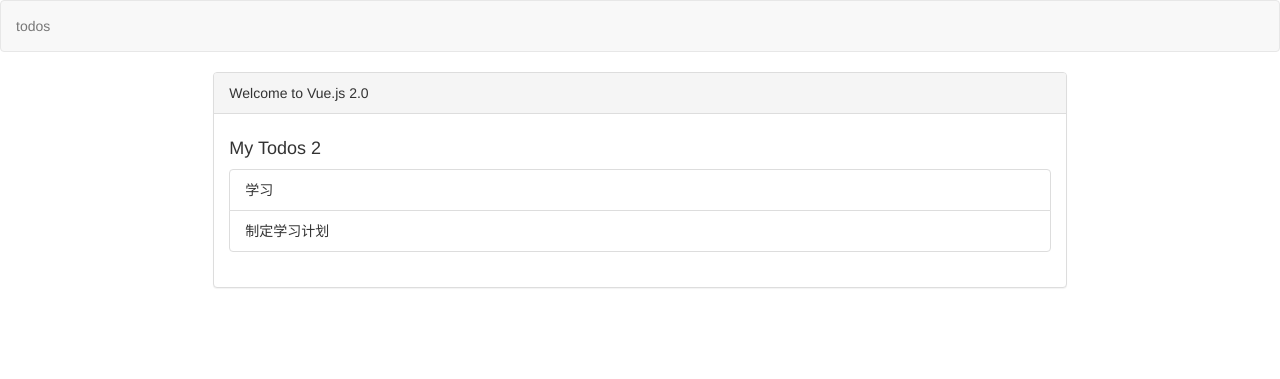
Repository: myr1111/todo
Page: Todoapp/index.html
These files come from the project's save history. The page is drawn as it stood at one moment and after a run of saves; the edit follows.
The browser window is 1280 px wide. The pictures show the whole page.

Above is the page before, as saved 2019-04-01 08:25:57.

### Todoapp/index.html
<!DOCTYPE html>
<html lang="en">
<head>
    <meta charset="UTF-8">
    <meta name="viewport" content="width=device-width, initial-scale=1.0">
    <meta http-equiv="X-UA-Compatible" content="ie=edge">
    <title>Document</title>
    <link rel="stylesheet" href="bootstrap.min.css">
    <script src="vue.min.js"></script>
</head>
<body>
    <nav class="navbar navbar-default">
        <p class="navbar-text">todos</p>
    </nav>
    <div id="app" class="container col-md-8 col-md-offset-2">
        <div class="row">
            <div class="panel panel-default">
                <div class=" panel-heading">Welcome to Vue.js 2.0</div>
                <div class="panel-body">
                    <h4>My Todos {{todosCount}}</h4>
                    <ul class="list-group">
                        <li class="list-group-item"
                            v-for="todo in todos"
                        >{{todo.title}}</li>
                    </ul>
                </div>
            </div>
        </div>
    </div>
    <script>
        new Vue({
            el : "#app",
            data : {
                todos : [
                    {title : "学习"},
                    {title : "制定学习计划"}
                ]
            },
            computed: {
                todosCount(){
                    return this.todos.length;
                }
            },
        });

    </script>
</body>
</html>

Loaded but not shown: Todoapp/bootstrap.min.css (library); Todoapp/vue.min.js (library)

After the next 5 saves:
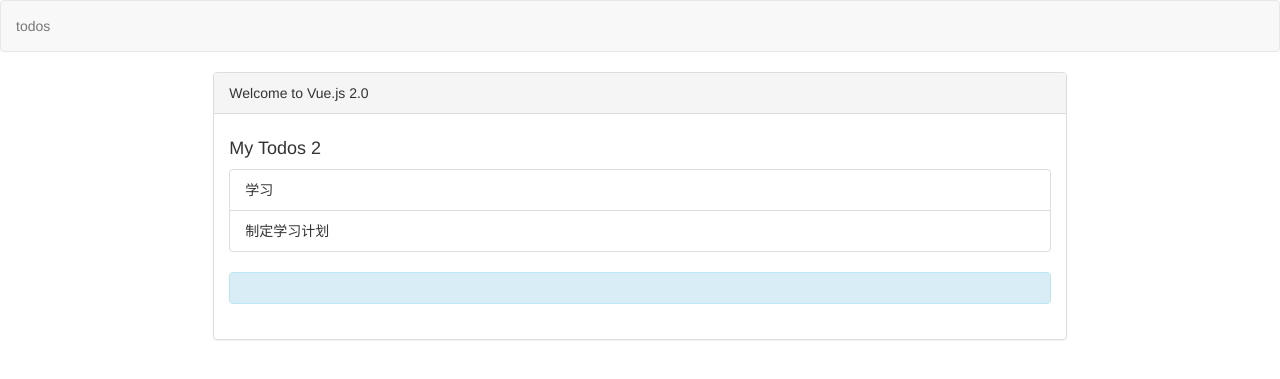
The 5 saves are shown as one change because they came seconds apart.
The last was saved 28 s later.
--- a/Todoapp/index.html
+++ b/Todoapp/index.html
@@ -23,6 +23,7 @@
                             v-for="todo in todos"
                         >{{todo.title}}</li>
                     </ul>
+                    <div class="alert alert-info"></div>
                 </div>
             </div>
         </div>
